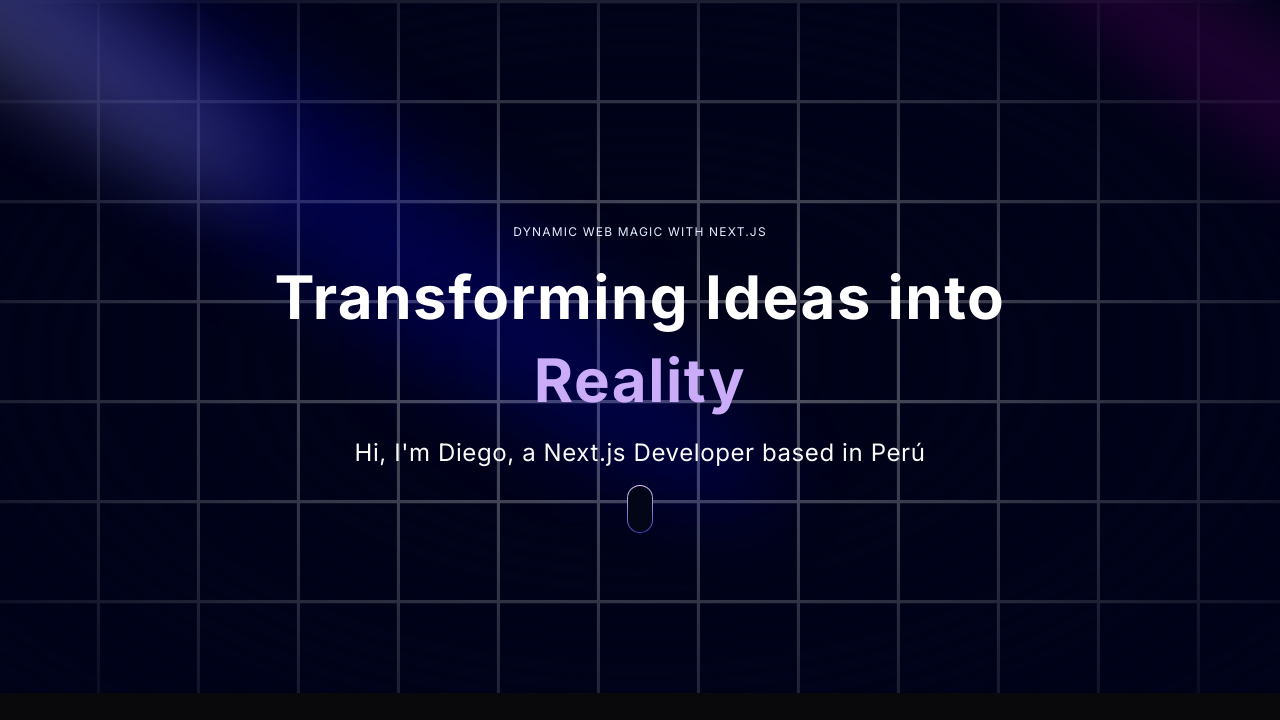
Repository: drsamame/portfolio.next
Page: /
An editor plug-in stored every save of this project. The page is shown before and after the next save, followed by the edit.
The browser window is 1280 px wide. The pictures show the whole page.
The project was rebuilt for these pictures with package versions that can differ from the ones it lists, and the page was loaded fresh each time. The framework's server and built-in components were replaced by stand-ins that run in the browser. Also part of the build but not shown: next.config.mjs.

Above is the page before, as saved 2024-07-02 17:55:46.

### app/layout.tsx
import type { Metadata } from 'next';
import { Inter } from 'next/font/google';
import './globals.css';
import { ThemeProvider } from './provider';

const inter = Inter({ subsets: ['latin'] });

export const metadata: Metadata = {
	title: "Diego's Portfolio",
	description: 'Modern & Minimalist JS Mastery Portfolio',
};

export default function RootLayout({
	children,
}: Readonly<{
	children: React.ReactNode;
}>) {
	return (
		<html lang="en">
			<body className={inter.className}>
				<ThemeProvider
					attribute="class"
					defaultTheme="dark"
					enableSystem
					disableTransitionOnChange
				>
					{children}
				</ThemeProvider>
			</body>
		</html>
	);
}

### app/page.tsx
import Hero from "@/components/Hero";


export default function Home() {
  return (
    <main className="relative bg-black-100 flex justify-center items-center flex-col overflow-hidden mx-auto sm:px-10 px-5">
      <div className="max-w-7xl w-full">
        <Hero />
      </div>
    </main>
  );
}

### components/Hero.tsx
import React from 'react';
import { Spotlight } from '@/components/ui/Spotlight';
import { TextGenerateEffect } from './ui/TextGenerateEffect';
import MagicButton from './ui/MagicButton';

function Hero() {
	return (
		<div className="pb-20 pt-36">
			<div>
				{' '}
				<Spotlight
					className="-top-40 -left-10 md:-left-32 md:-top-20p h-screen"
					fill="white"
				/>
				<Spotlight
					className="top-10 left-full h-[80vh] w-[50vw]"
					fill="purple"
				/>
				<Spotlight className="top-28 left-80 h-[80-vh] w-[50vw]" fill="blue" />
			</div>
			<div className="h-screen w-full dark:bg-black-100 bg-white  dark:bg-grid-white/[0.3] bg-grid-black/[0.2] flex items-center justify-center absolute left-0 top-0">
				<div className="absolute pointer-events-none inset-0 flex items-center justify-center dark:bg-black-100 bg-white [mask-image:radial-gradient(ellipse_at_center,transparent_20%,black)]"></div>
			</div>
			<div className="flex justify-center relative my-20 z-10">
				<div className="max-w-[89vw] md:max-w-2xl lg:max-w-[60vw] flex flex-col items-center justify-center">
					<h2 className="uppercase tracking-widest text-xs text-center text-blue-100 max-w-80">
						DYNAMIC WEB MAGIC WITH NEXT.JS
					</h2>
					<TextGenerateEffect
						className="text-center text-[40px] md:text-5xl lg:text-6xl"
						words={'Transforming Ideas into Reality'}
					></TextGenerateEffect>
					<p className='text-center md:tracking-wide mb-4 text-sm md:text-lg lg:text-2xl'>Hi, I&apos;m Diego, a Next.js Developer based in Perú</p>
					<MagicButton />
				</div>
			</div>
		</div>
	);
}

export default Hero;

### components/ui/Spotlight.tsx
import React from "react";
import { cn } from "@/utils/cn";

type SpotlightProps = {
  className?: string;
  fill?: string;
};

export const Spotlight = ({ className, fill }: SpotlightProps) => {
  return (
    <svg
      className={cn(
        "animate-spotlight pointer-events-none absolute z-[1]  h-[169%] w-[138%] lg:w-[84%] opacity-0",
        className
      )}
      xmlns="http://www.w3.org/2000/svg"
      viewBox="0 0 3787 2842"
      fill="none"
    >
      <g filter="url(#filter)">
        <ellipse
          cx="1924.71"
          cy="273.501"
          rx="1924.71"
          ry="273.501"
          transform="matrix(-0.822377 -0.568943 -0.568943 0.822377 3631.88 2291.09)"
          fill={fill || "white"}
          fillOpacity="0.21"
        ></ellipse>
      </g>
      <defs>
        <filter
          id="filter"
          x="0.860352"
          y="0.838989"
          width="3785.16"
          height="2840.26"
          filterUnits="userSpaceOnUse"
          colorInterpolationFilters="sRGB"
        >
          <feFlood floodOpacity="0" result="BackgroundImageFix"></feFlood>
          <feBlend
            mode="normal"
            in="SourceGraphic"
            in2="BackgroundImageFix"
            result="shape"
          ></feBlend>
          <feGaussianBlur
            stdDeviation="151"
            result="effect1_foregroundBlur_1065_8"
          ></feGaussianBlur>
        </filter>
      </defs>
    </svg>
  );
};

### components/ui/TextGenerateEffect.tsx
"use client";
import { useEffect } from "react";
import { motion, stagger, useAnimate } from "framer-motion";
import { cn } from "@/utils/cn";

export const TextGenerateEffect = ({
  words,
  className,
}: {
  words: string;
  className?: string;
}) => {
  const [scope, animate] = useAnimate();
  let wordsArray = words.split(" ");
  useEffect(() => {
    animate(
      "span",
      {
        opacity: 1,
      },
      {
        duration: 2,
        delay: stagger(0.2),
      }
    );
  }, [scope.current]);

  const renderWords = () => {
    return (
      <motion.div ref={scope}>
        {wordsArray.map((word, idx) => {
          return (
            <motion.span
              key={word + idx}
              className={`${ idx > 2 ? 'text-purple': 'dark:text-white text-black'}  opacity-0`}
            >
              {word}{" "}
            </motion.span>
          );
        })}
      </motion.div>
    );
  };

  return (
    <div className={cn("font-bold", className)}>
      <div className="my-4">
        <div className=" dark:text-white text-black leading-snug tracking-wide">
          {renderWords()}
        </div>
      </div>
    </div>
  );
};

### components/ui/MagicButton.tsx
import React from 'react';

function MagicButton({ title, icon, position, handleClick, otherClases }: { title: string; icon: string; position: string; handleClick: () => void; otherClases?: string }) {
	return (
		<button className="relative inline-flex h-12 overflow-hidden rounded-full p-[1px] focus:outline-none focus:ring-2 focus:ring-slate-400 focus:ring-offset-2 focus:ring-offset-slate-50">
			<span className="absolute inset-[-1000%] animate-[spin_2s_linear_infinite] bg-[conic-gradient(from_90deg_at_50%_50%,#E2CBFF_0%,#393BB2_50%,#E2CBFF_100%)]" />
			<span className="inline-flex h-full w-full cursor-pointer items-center justify-center rounded-full bg-slate-950 px-3 py-1 text-sm font-medium text-white backdrop-blur-3xl">
				{title}
			</span>
		</button>
	);
}

export default MagicButton;

Loaded but not shown: app/globals.css (common file); app/provider.tsx (common file); utils/cn.ts (common file); tailwind.config.ts (common file)

After the next save:
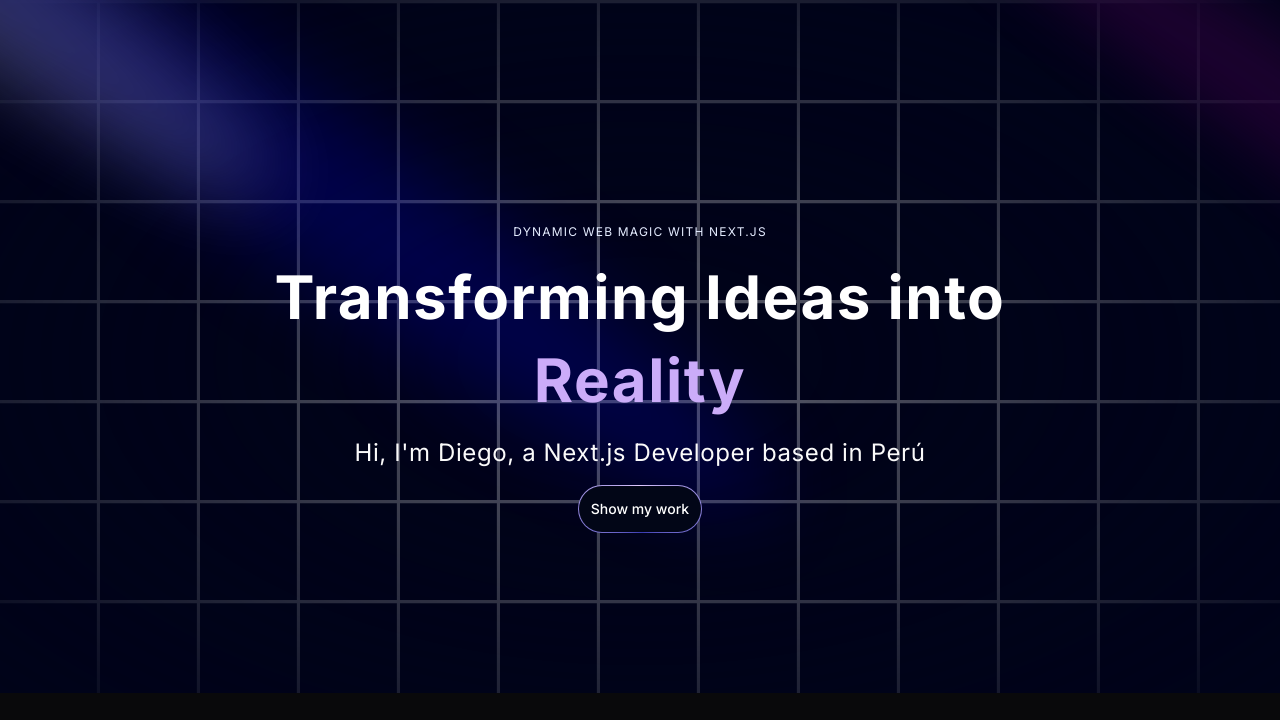
Saved 22 s later.
--- a/components/Hero.tsx
+++ b/components/Hero.tsx
@@ -31,7 +31,7 @@
 						words={'Transforming Ideas into Reality'}
 					></TextGenerateEffect>
 					<p className='text-center md:tracking-wide mb-4 text-sm md:text-lg lg:text-2xl'>Hi, I&apos;m Diego, a Next.js Developer based in Perú</p>
-					<MagicButton />
+					<MagicButton title='Show my work' />
 				</div>
 			</div>
 		</div>
